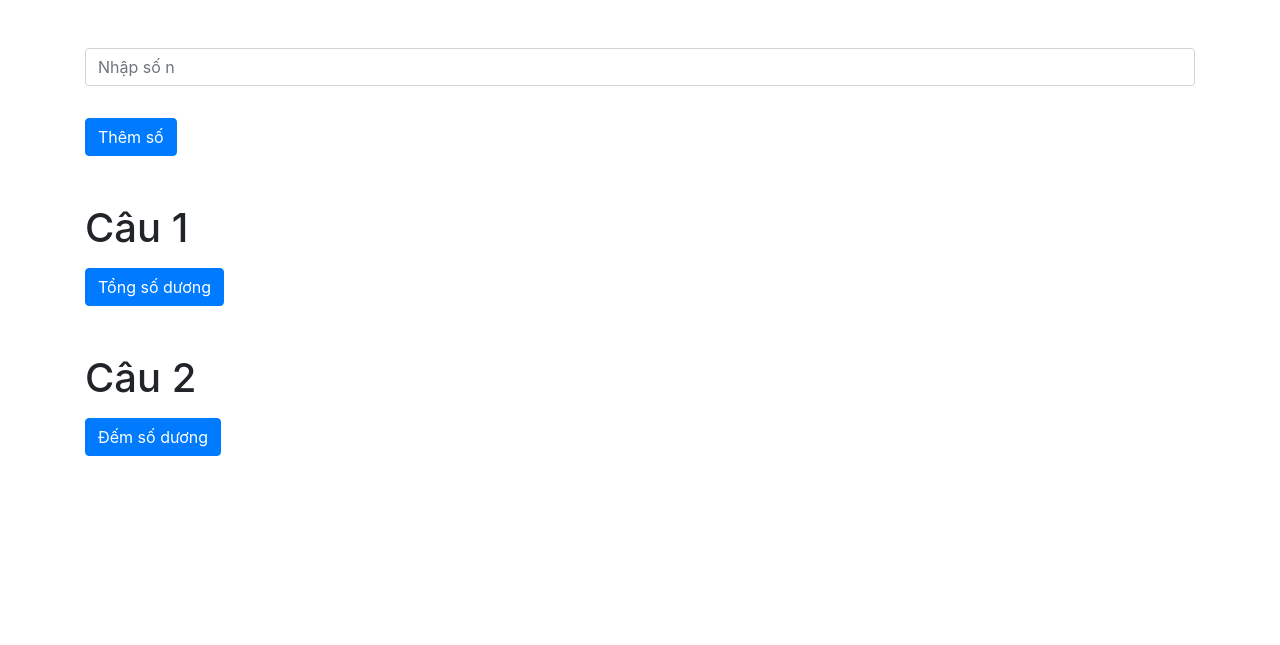
Repository: thanhfrankie/BC10-LeMinhThanh-Js-b7-8
Page: index.html
These files come from the project's save history. The page is drawn as it stood at one moment and after a run of saves; the edit follows.
The browser window is 1280 px wide. The pictures show the whole page.

Above is the page before, as saved 2023-12-27 21:44:12.

### index.html
<!doctype html>
<html lang="en">
  <head>
    <title>Title</title>
    <!-- Required meta tags -->
    <meta charset="utf-8">
    <meta name="viewport" content="width=device-width, initial-scale=1, shrink-to-fit=no">

    <!-- Bootstrap CSS -->
    <link rel="stylesheet" href="https://cdn.jsdelivr.net/npm/bootstrap@4.6.2/dist/css/bootstrap.min.css" integrity="sha384-xOolHFLEh07PJGoPkLv1IbcEPTNtaed2xpHsD9ESMhqIYd0nLMwNLD69Npy4HI+N" crossorigin="anonymous">

  </head>
  <body>
    <div class="container mt-4">
        <div class="form-group">

            <label for="nhap-so-n"></label>
            <input
              type="number"
              class="form-control"
              name=""
              id="nhap-so-n"
              aria-describedby="helpId"
              placeholder="Nhập số n"
              required
            />
          </div>
        <button
        type="button"
        onclick="themSo()"
        class="btn btn-primary mt-3"
        id="ket-qua-tuyen-sinh"
      >
        Thêm số
      </button>
      <!-- Câu 1 -->
      <h1 class="mt-5">Câu 1</h1>
        <p class="mt-3">
            <button class="btn btn-primary" type="button" data-toggle="collapse" data-target="#contentId" aria-expanded="false"
                    aria-controls="contentId">
                Tổng số dương
            </button>
          </p>
          <div class="collapse" id="contentId">

            <div class="btn btn-danger" onclick="tinhTong()">Tính tổng</div>
            <h2 id="tong-so-duong"></h2>
          </div>
          <!-- Câu 2 -->
          <h1 class="mt-5">Câu 2</h1>
          <p class="mt-3">
              <button class="btn btn-primary" type="button" data-toggle="collapse" data-target="#contentId" aria-expanded="false"
                      aria-controls="contentId">
                  Đếm số dương
              </button>
            </p>
            <div class="collapse" id="contentId">

              <div class="btn btn-danger" onclick="demSoDuong()">Đếm số</div>
              <h2 id="dem-so-duong"></h2>
            </div>

    </div>




    <!-- Optional JavaScript -->
    <!-- jQuery first, then Popper.js, then Bootstrap JS -->
    <script src="https://cdn.jsdelivr.net/npm/jquery@3.5.1/dist/jquery.slim.min.js" integrity="sha384-DfXdz2htPH0lsSSs5nCTpuj/zy4C+OGpamoFVy38MVBnE+IbbVYUew+OrCXaRkfj" crossorigin="anonymous"></script>
    <script src="https://cdn.jsdelivr.net/npm/popper.js@1.16.1/dist/umd/popper.min.js" integrity="sha384-9/reFTGAW83EW2RDu2S0VKaIzap3H66lZH81PoYlFhbGU+6BZp6G7niu735Sk7lN" crossorigin="anonymous"></script>
    <script src="https://cdn.jsdelivr.net/npm/bootstrap@4.6.2/dist/js/bootstrap.min.js" integrity="sha384-+sLIOodYLS7CIrQpBjl+C7nPvqq+FbNUBDunl/OZv93DB7Ln/533i8e/mZXLi/P+" crossorigin="anonymous"></script>

    <script src="./index.js"></script>
  </body>
</html>

### index.js
var daySo = []
function clearInput() {
document.getElementById("nhap-so-n").value =""

}
function themSo() {
    var soThemVao = document.getElementById("nhap-so-n").value *1
    daySo.push(soThemVao)
    console.log("🥶 - daySo:", daySo)
    clearInput()
}

// câu 1: Tổng số dương
function tinhTong() {
    var tongCacSoDuong = 0
    for (i = 0; i < daySo.length; i++) {
        if (daySo[i] > 0) {
            tongCacSoDuong = tongCacSoDuong + daySo[i]
        }
    }
    var ketqua = document.getElementById("tong-so-duong")
    ketqua.innerHTML = `Tổng số dương: ${tongCacSoDuong}`
}
// Câu 2: Đếm số dương trong mảng
function demSoDuong() {
    soSoDuong = 0
    for (i = 0; i < daySo.length; i++) {
        if (daySo[i] > 0) {
            soSoDuong++
        }
    }
    var ketqua = document.getElementById("dem-so-duong")
    ketqua.innerHTML = `Số dương: ${soSoDuong}`
}
// Câu 3:

After the next 3 saves:
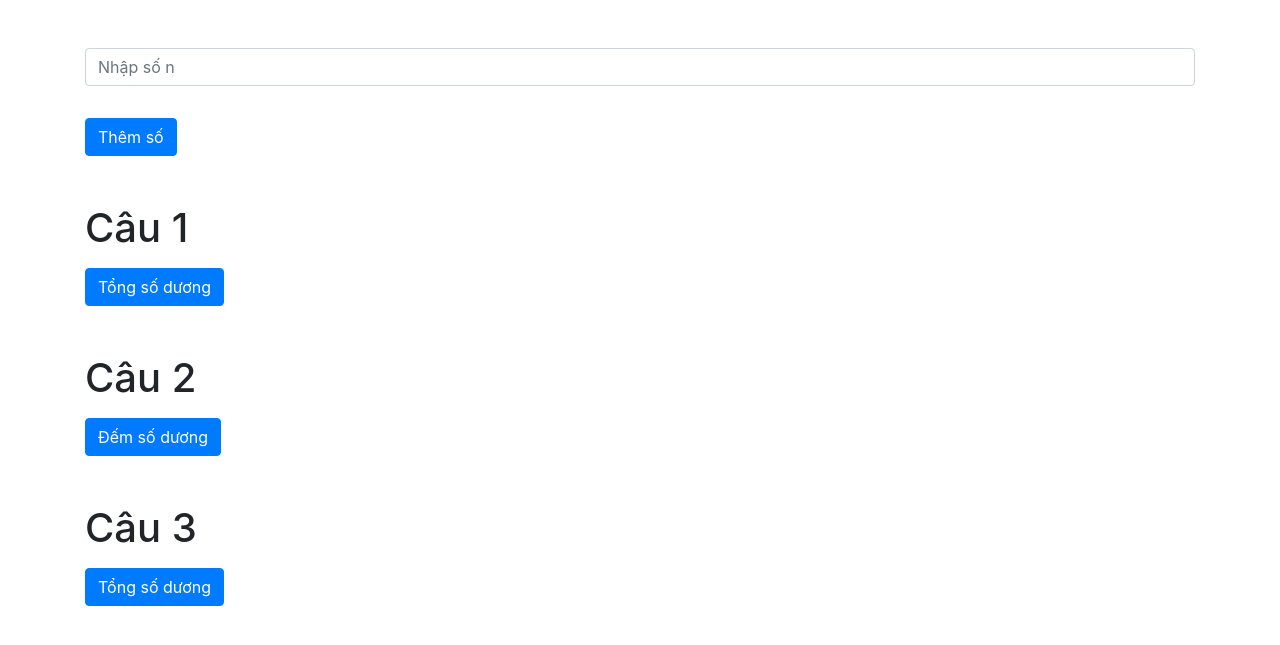
The 3 saves are shown as one change because they came seconds apart.
The last was saved 8 s later.
--- a/index.html
+++ b/index.html
@@ -59,7 +59,19 @@
               <div class="btn btn-danger" onclick="demSoDuong()">Đếm số</div>
               <h2 id="dem-so-duong"></h2>
             </div>
+        <!-- Câu 3 -->
+        <h1 class="mt-5">Câu 3</h1>
+        <p class="mt-3">
+            <button class="btn btn-primary" type="button" data-toggle="collapse" data-target="#contentId" aria-expanded="false"
+                    aria-controls="contentId">
+                Tổng số dương
+            </button>
+          </p>
+          <div class="collapse" id="contentId">
 
+            <div class="btn btn-danger" onclick="tinhTong()">Tính tổng</div>
+            <h2 id="tong-so-duong"></h2>
+          </div>
     </div>
 
 
